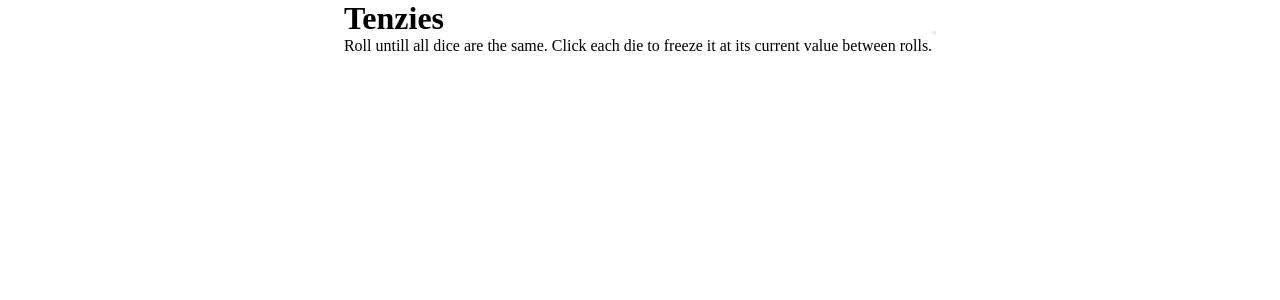
Repository: 2iaad/React
Page: /
The author's editor kept a copy of each file at every save. The page is drawn from the files as they stood at one save, then again after the next save.
The browser window is 1280 px wide. The pictures show the whole page.
The project was rebuilt for these pictures with package versions that can differ from the ones it lists, and the page was loaded fresh each time. Also part of the build but not shown: vite.config.js.

Above is the page before, as saved 2025-12-05 23:59:04.

### index.html
<!doctype html>
<html lang="en">

<head>
  <meta charset="UTF-8" />
  <link rel="icon" type="image/svg+xml" href="/vite.svg" />
  <meta name="viewport" content="width=device-width, initial-scale=1.0" />
  <title>my-react</title>
</head>

<body>
  <div id="root"></div>
  <script type="module" src="/src/main.jsx"></script>
</body>

</html>

### src/index.css
* {
  padding: 0;
  margin: 0;
}

div#root {

  display: flex;
  justify-content: center;
  align-items: center;
}

### src/App.jsx
import './App.css'
import Header from './components/Header'
import Main from './components/Main'

export default function App() {

  return (
    <>
      <Header />
      <Main />
    </>
  )
}

### src/App.css
header {

}

### src/components/Header.jsx
export default function Header()
{
    const headerName = "Tenzies"
    const intro = "Roll untill all dice are the same. Click each die to freeze it at its current value between rolls."

    return (
        <header>
            <h1>{headerName}</h1>
            <p>{intro}</p>
        </header>
    )
}

### src/components/Main.jsx
export default function Main() {

    return (
        <main>
            <div id="numbers">

            </div>
            <button>

            </button>
        </main>
    )
}

Loaded but not shown: src/main.jsx (common file)

After the next save:
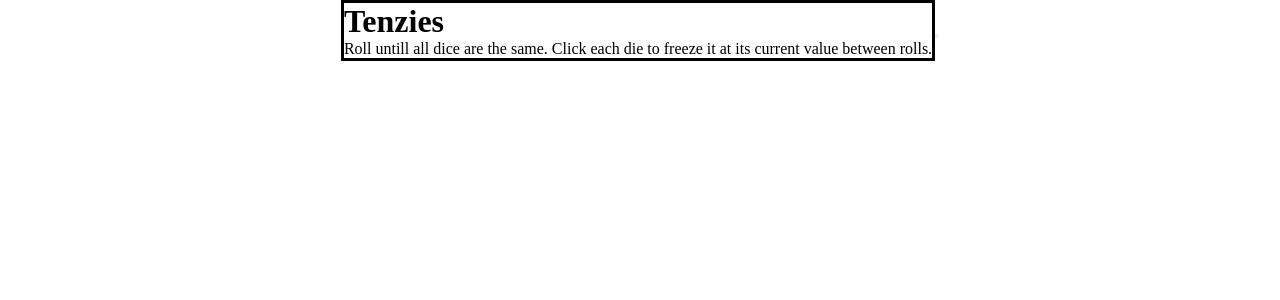
Saved 6 s later.
--- a/src/App.css
+++ b/src/App.css
@@ -1,3 +1,3 @@
 header {
-
+  border: 3px solid black;
 }
